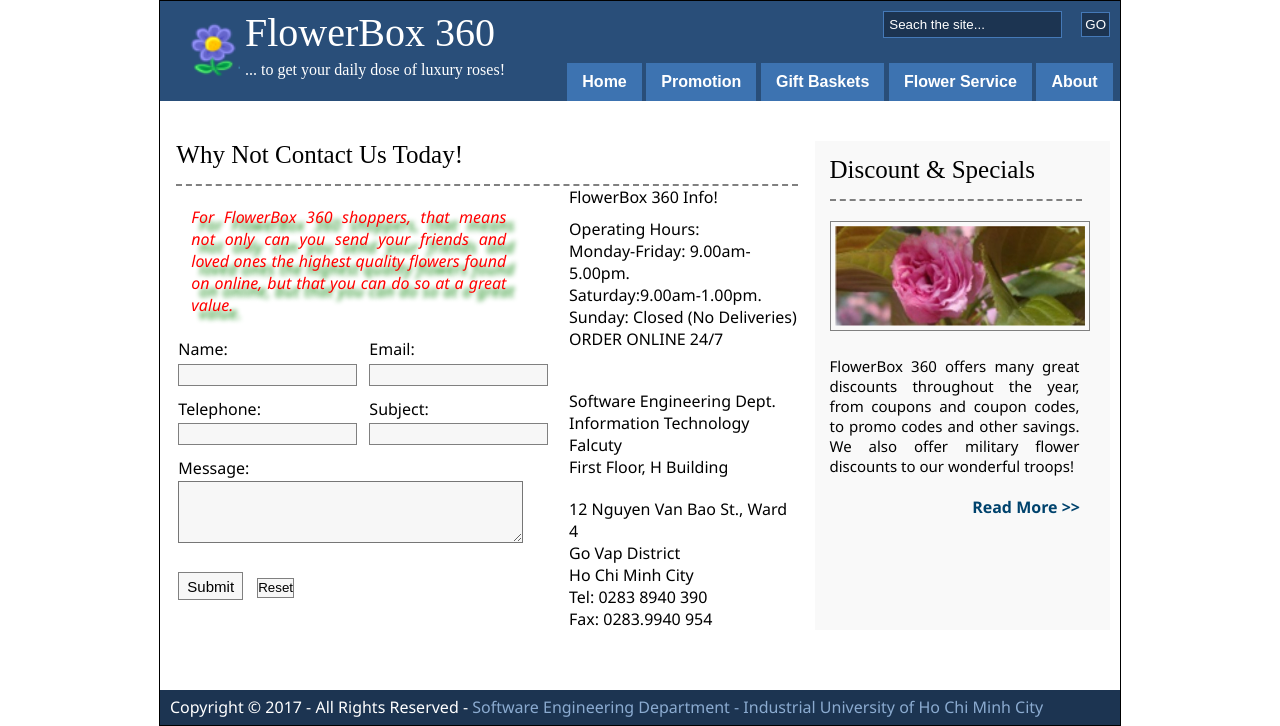
Repository: thu1365/BTKT_WEB
Page: HTML/btkt.html
The author's editor kept a copy of each file at every save. The page is drawn from the files as they stood at one save, then again after the next save.
The browser window is 1280 px wide. The pictures show the whole page.

Above is the page before, as saved 2023-03-11 21:04:59.

After the next save:
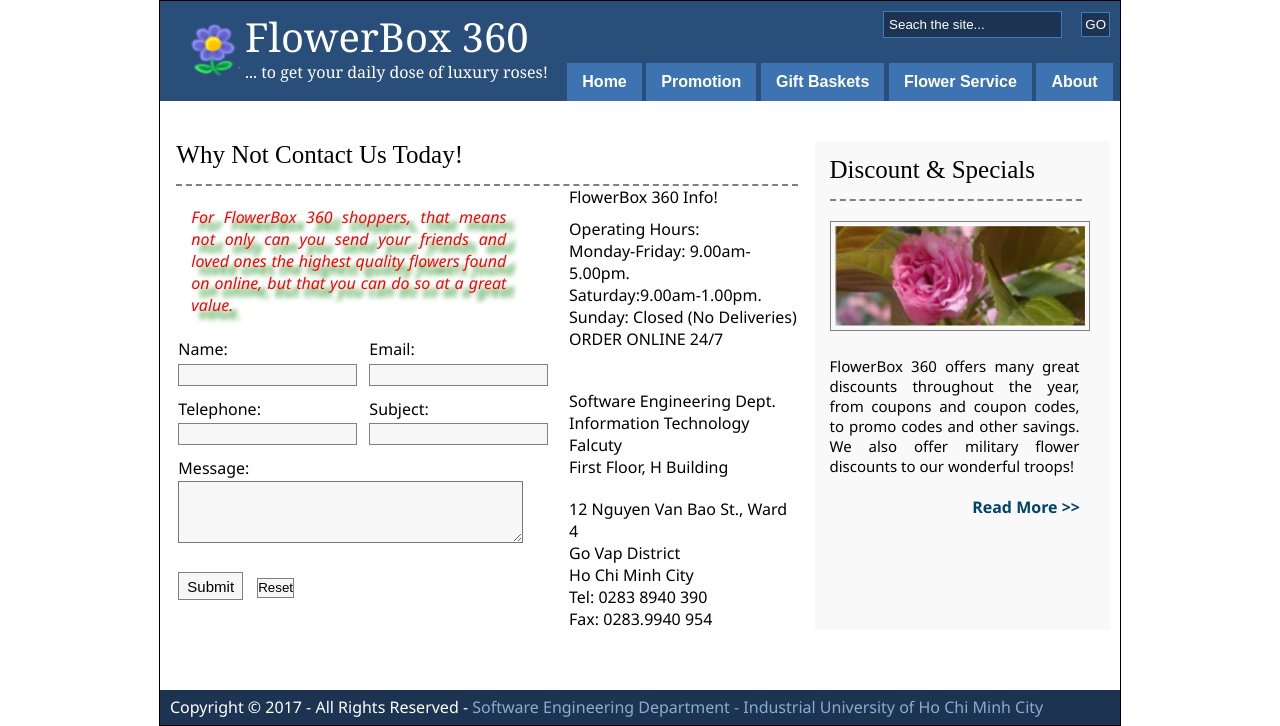
Saved 90 s later.
--- a/HTML/btkt.html
+++ b/HTML/btkt.html
@@ -23,6 +23,7 @@
             width: 960px;
             height: 100px;
             background-color: #294e79;
+            font-family: Georgia, 'Times New Roman', Times, serif;
         }
 
         .logo {
